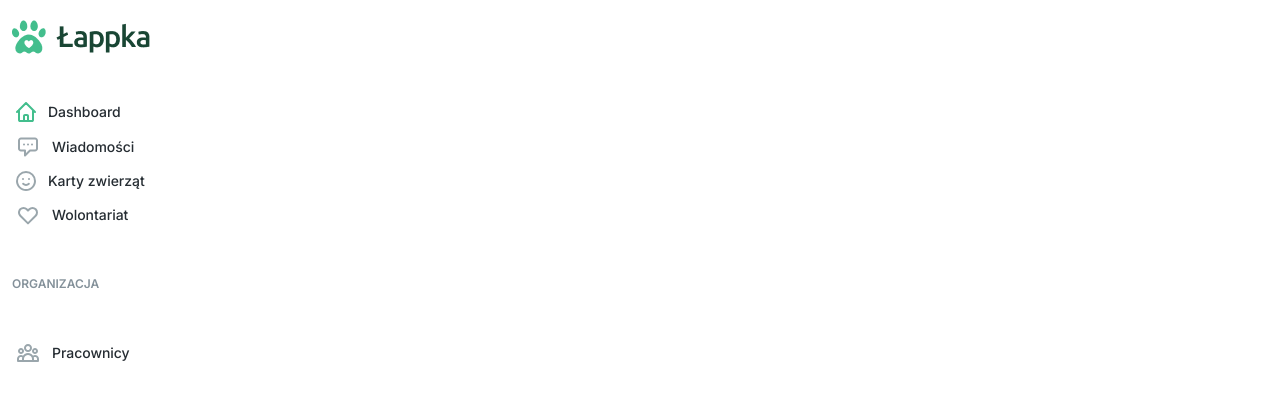
Repository: michalmilek/lappka
Page: /dashboard
These files come from the project's save history. The page is drawn as it stood at one moment and after the next save; the edit follows.
The browser window is 1280 px wide. The pictures show the whole page.
The project was rebuilt for these pictures with package versions that can differ from the ones it lists, and the page was loaded fresh each time. Also part of the build but not shown: src/components/customComponents/FormInput.tsx, src/components/customComponents/Button.tsx, src/components/LoginForm.tsx, src/components/Form/Form.tsx, src/pages/Login.tsx.

Above is the page before, as saved 2023-03-28 11:54:42.

### src/index.tsx
import React from 'react';
import ReactDOM from 'react-dom/client';
import './index.css';
import reportWebVitals from "./reportWebVitals";
import { RouterProvider, createBrowserRouter } from "react-router-dom";
import { ROUTES } from "./router/routes";
import Dashboard from "./pages/Dashboard";
import Login from "./pages/Login";

const router = createBrowserRouter([
  {
    path: ROUTES.HOME,
    element: <Login />,
  },
  {
    path: ROUTES.DASHBOARD,
    element: <Dashboard />,
  },
  /*   {
    path: ROUTES.ANIMALSCARDS,
    element: <LoginSite />,
  }, */
]);

const root = ReactDOM.createRoot(
  document.getElementById("root") as HTMLElement
);
root.render(
  <React.StrictMode>
    <RouterProvider router={router} />
  </React.StrictMode>
);

// If you want to start measuring performance in your app, pass a function
// to log results (for example: reportWebVitals(console.log))
// or send to an analytics endpoint. Learn more: https://bit.ly/CRA-vitals
reportWebVitals();

### src/index.css
@import url(https://fonts.googleapis.com/css?family=Inter:100,200,300,regular,500,600,700,800,900);

@tailwind base;
@tailwind components;
@tailwind utilities;


@layer base {
    *{
        @apply font-Inter
    }
}


@layer components {
    .hoverEffect{
        @apply hover:scale-105 transition-all duration-200 active:scale-95
    }

    .loginButton{
        @apply w-full bg-Primary/PR600 text-lightGray5 font-medium rounded-lg py-2 px-2
    }
    .registerButton{
        @apply w-full bg-white border border-Primary/PR100 text-darkGray2 font-medium rounded-lg py-2 px-2 shadow-registerBtn
    }

    .listLink {
        @apply flex gap-3 items-center tracking-veryVeryTight text-darkGray2 text-sm font-medium px-1 py-1 hover:cursor-pointer transition-all duration-300 hover:bg-gray-200
    }
}

### src/router/routes.ts
export const ROUTES = {
  HOME: "/",
  DASHBOARD: "/dashboard",
  ANIMALSCARDS: "/animals-cards",
};

### src/pages/Dashboard.tsx
import React from "react";
import Sidebar from "../components/Sidebar/Sidebar";

const Dashboard = () => {
  return (
    <main className="flex">
      <Sidebar />
      <div></div>
    </main>
  );
};

export default Dashboard;

### src/components/Sidebar/Sidebar.tsx
import React from "react";
import Logo from "./Logo.png";
import { ReactComponent as HomeIcon } from "./icons/Vector.svg";
import { ReactComponent as MessageIcon } from "./icons/Messages.svg";
import { ReactComponent as AnimalsCards } from "./icons/AnimalsCards.svg";
import { ReactComponent as HeartIcon } from "./icons/Heart.svg";
import { ReactComponent as EmployeesIcon } from "./icons/Workers.svg";

const Sidebar = () => {
  return (
    <div className="px-3 py-5 min-h-screen flex flex-col">
      <div className="flex flex-col items-start justify-start gap-11">
        <img
          src={Logo}
          alt="Logo"
        />

        <ul className="flex flex-col items-start justify-center gap-1">
          <li className="listLink">
            <HomeIcon /> Dashboard
          </li>
          <li className="listLink">
            <MessageIcon /> Wiadomości
          </li>
          <li className="listLink">
            <AnimalsCards /> Karty zwierząt
          </li>
          <li className="listLink">
            <HeartIcon /> Wolontariat
          </li>
        </ul>

        <p className="uppercase text-[12px] text-midGray3 font-semibold mb-0">
          Organizacja
        </p>
        <ul className="mt-0">
          <li className="listLink">
            <EmployeesIcon /> Pracownicy
          </li>
        </ul>
      </div>
    </div>
  );
};

export default Sidebar;

### tailwind.config.js
/** @type {import('tailwindcss').Config} */
module.exports = {
  content: ["./src/**/*.{js,jsx,ts,tsx}"],
  theme: {
    extend: {
      colors: {
        "Primary/PR600": "#369871",
        "Primary/PR100": "#E1F5ED",
        "Primary/PR500": "#43BE8D",
        orange: "#F76659",
        bgGreen: "#F0FAF6",
        "Primary/PR800": "#205B43",
        midGray2: "#6E7C87",
        lightGray1: "#D5DADD",
        lightGray4: "#EEF0F2",
        lightGray5: "#F6F7F9",
        midGray5: "#B0BABF",
        midGray4: "#9AA6AC",
        midGray3: "#84919A",
        darkGray2: "#252C32",
      },
      fontFamily: {
        Inter: ["Inter", "sans-serif"],
      },
      letterSpacing: {
        veryTight: "-.006em",
        veryVeryTight: "-0.003em",
        wide18em: "0.018em",
      },
      boxShadow: {
        registerBtn: "0px 1px 2px rgba(16, 24, 40, 0.05)",
      },
    },
  },
  plugins: [require("@tailwindcss/forms")],
};

Loaded but not shown: public/index.html (common file); src/reportWebVitals.ts (common file)

After the next save:
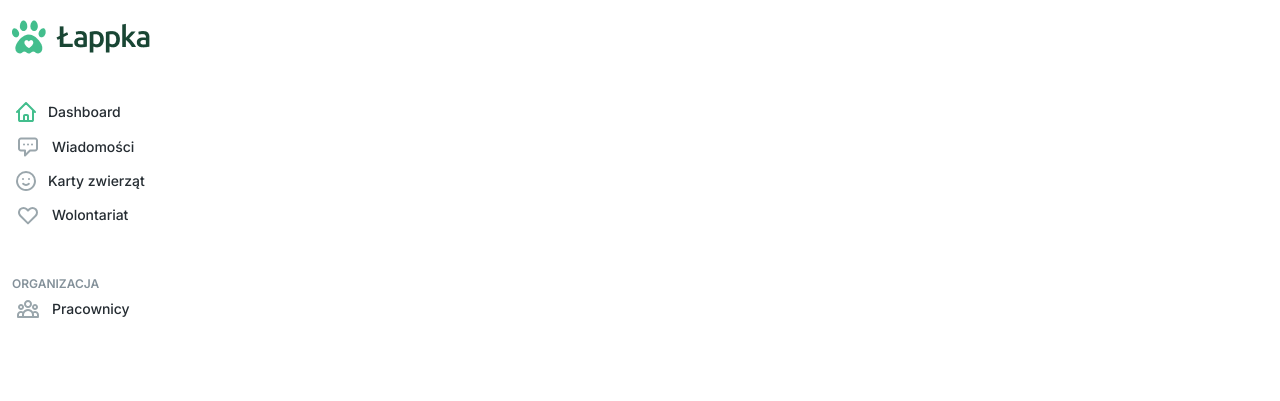
Saved 15 s later.
--- a/src/components/Sidebar/Sidebar.tsx
+++ b/src/components/Sidebar/Sidebar.tsx
@@ -30,14 +30,16 @@ const Sidebar = () => {
           </li>
         </ul>
 
-        <p className="uppercase text-[12px] text-midGray3 font-semibold mb-0">
-          Organizacja
-        </p>
-        <ul className="mt-0">
-          <li className="listLink">
-            <EmployeesIcon /> Pracownicy
-          </li>
-        </ul>
+        <div>
+          <p className="uppercase text-[12px] text-midGray3 font-semibold mb-0">
+            Organizacja
+          </p>
+          <ul className="mt-0">
+            <li className="listLink">
+              <EmployeesIcon /> Pracownicy
+            </li>
+          </ul>
+        </div>
       </div>
     </div>
   );
